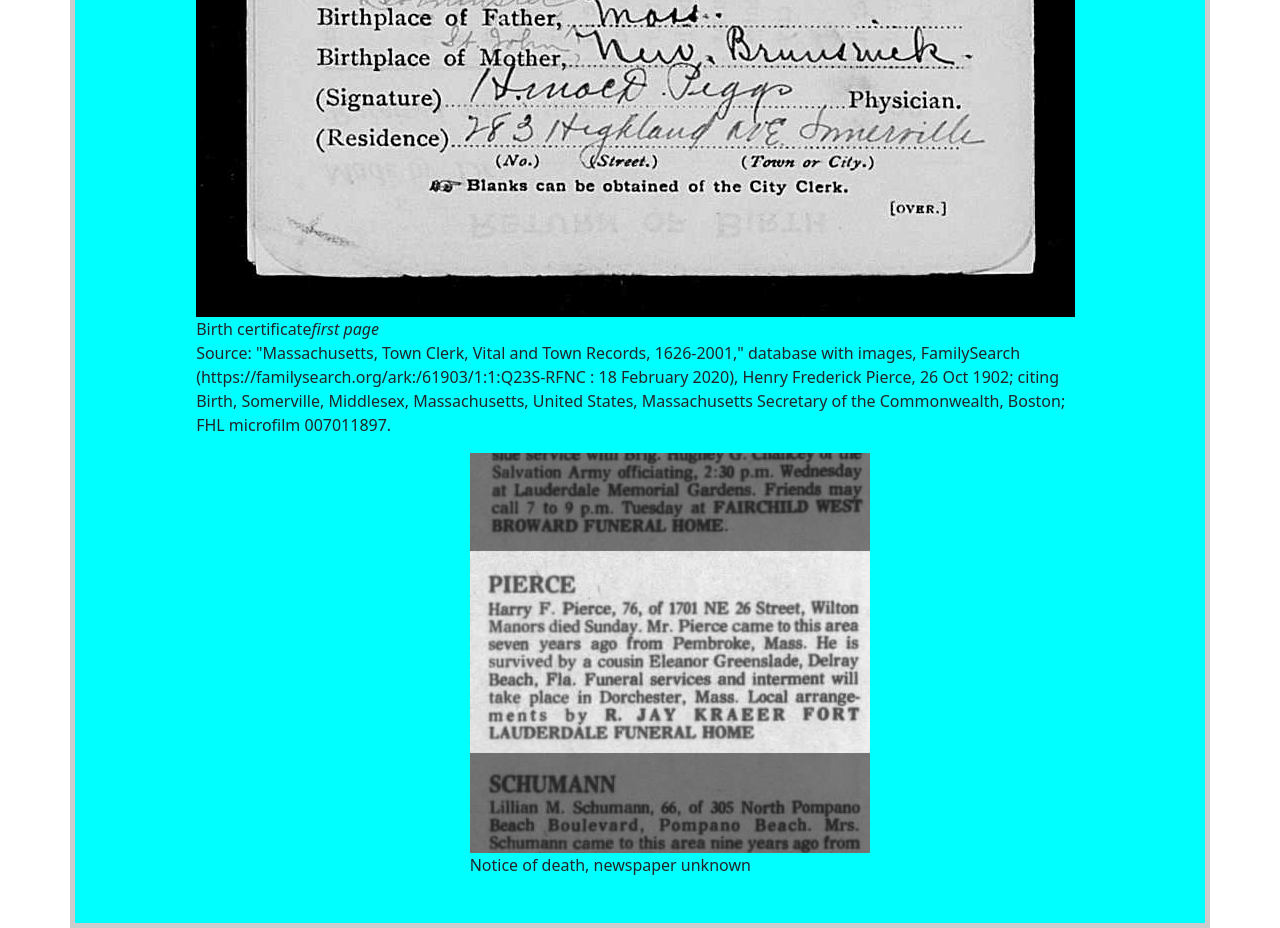
Repository: George2916/GreensladeFamilyTree
Page: photoDocsHarryFrederickPierce.html
The author's editor kept a record of every edit. The page is drawn from the files as they stood at one moment, then again after the next edit.
The browser window is 1280 px wide. The pictures show the part of the page from y = 1148 to 2100 px (the page is 2076 px tall before and 2100 px after).
A picture or video elsewhere on the page could not be fetched, so the positions and the page height are approximate.

Above is the page before.

After the next edit:
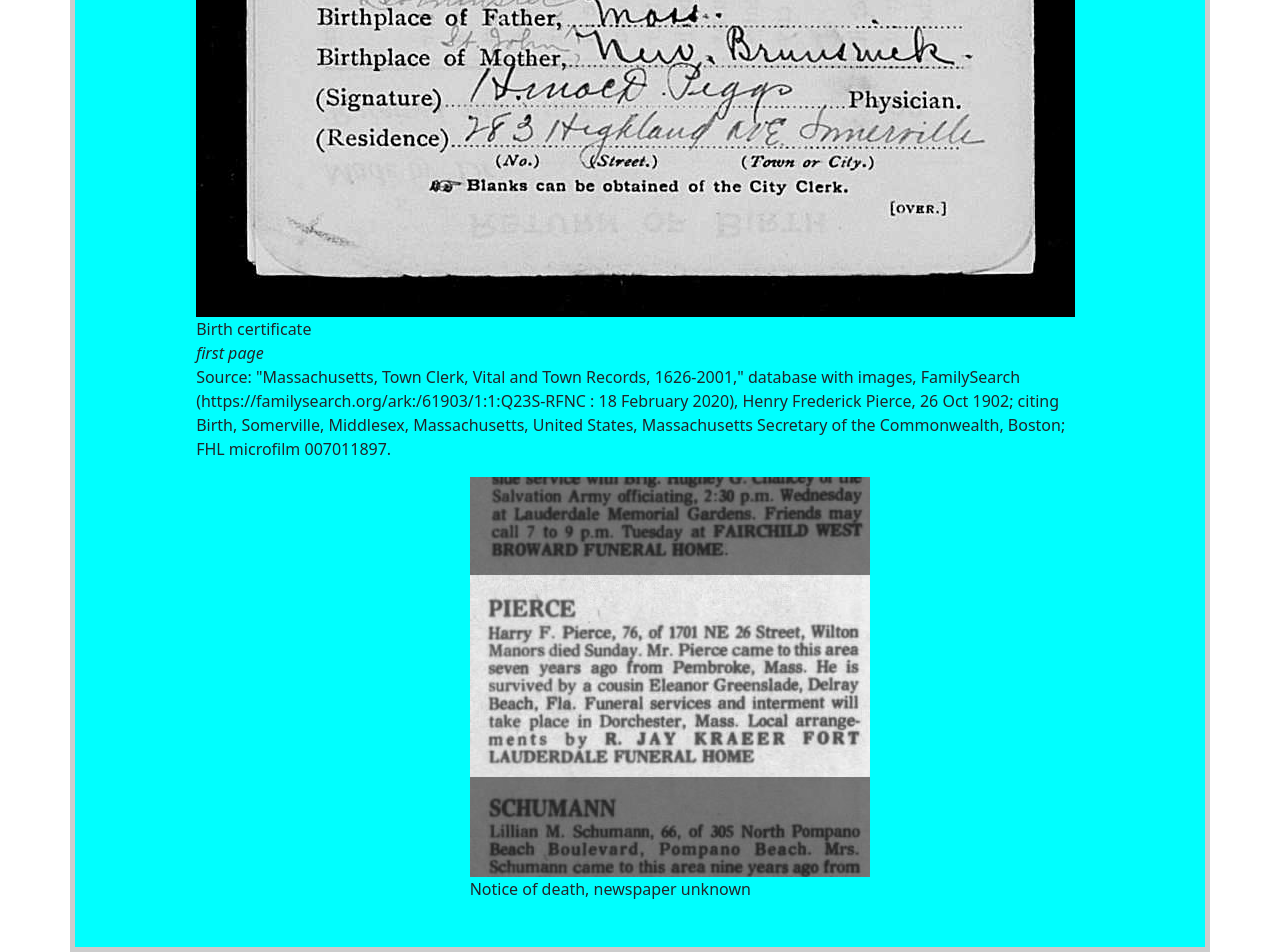
The edit:
--- a/photoDocsHarryFrederickPierce.html
+++ b/photoDocsHarryFrederickPierce.html
@@ -58,7 +58,7 @@
         <div class="col-12 col-md-10">
             <div id="p1of2" onclick="twoPageFirstFlip()">
                 <img class="img-fluid hover" src="images/birthCertHarryFrederickPierce(1A).jpg">
-                 <p>Birth certificate<i>first page</i><br>Source: "Massachusetts, Town Clerk, Vital and Town Records, 1626-2001," database with images, FamilySearch (https://familysearch.org/ark:/61903/1:1:Q23S-RFNC : 18 February 2020), Henry Frederick Pierce, 26 Oct 1902; citing Birth, Somerville, Middlesex, Massachusetts, United States, Massachusetts Secretary of the Commonwealth, Boston; FHL microfilm 007011897.<p>
+                 <p>Birth certificate<br><i>first page</i><br>Source: "Massachusetts, Town Clerk, Vital and Town Records, 1626-2001," database with images, FamilySearch (https://familysearch.org/ark:/61903/1:1:Q23S-RFNC : 18 February 2020), Henry Frederick Pierce, 26 Oct 1902; citing Birth, Somerville, Middlesex, Massachusetts, United States, Massachusetts Secretary of the Commonwealth, Boston; FHL microfilm 007011897.<p>
             </div>
 
             <div class="pic-back" id="p2of2" onclick="twoPageUnflip()">
